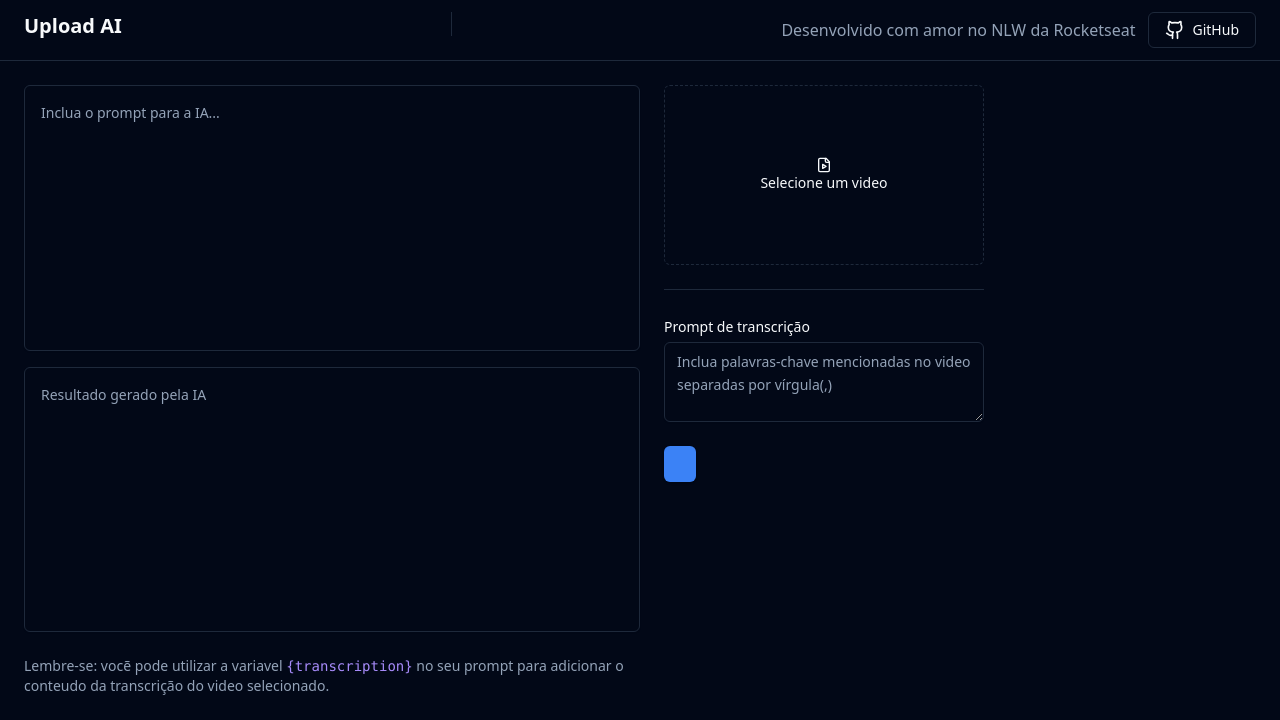
Repository: brksaian/nlw-2023-IA
Page: /
An editor plug-in stored every save of this project. The page is shown before and after the next save, followed by the edit.
The browser window is 1280 px wide. The pictures show the whole page.
The project was rebuilt for these pictures with package versions that can differ from the ones it lists, and the page was loaded fresh each time. Also part of the build but not shown: vite.config.ts.

Above is the page before, as saved 2023-09-12 22:34:40.

### index.html
<!DOCTYPE html>
<html lang="en">
  <head>
    <meta charset="UTF-8" />
    <meta name="viewport" content="width=device-width, initial-scale=1.0" />
    <title>Upload AI</title>
  </head>
  <body>
    <div id="root"></div>
    <script type="module" src="/src/main.tsx"></script>
  </body>
</html>

### src/App.tsx
import { Button } from "./components/ui/button";
import { Github, FileVideo } from "lucide-react";
import { Separator } from "./components/ui/separator";
import { Textarea } from "./components/ui/textarea";
import { Label } from "./components/ui/label";

export function App() {
  return (
    <div className="min-h-screen flex flex-col">
      <div className="px-6 py-3 flex item-center justify-between border-b">
        <h1 className="text-xl font-bold">Upload AI</h1>

        <Separator orientation="vertical" className="h-6" />

        <div className="flex items-center gap-3">
          <span className="text-small text-muted-foreground">
            Desenvolvido com amor no NLW da Rocketseat
          </span>
          <Button variant="outline">
            <Github className="w-5 h-5 mr-2" />
            GitHub
          </Button>
        </div>
      </div>
      <main className="flex-1 p-6 flex gap-6">
        <div className="flex flex-col gap-6 w-1/2">
          <div className="grid grid-rows-2 gap-4 flex-1">
            <Textarea
              placeholder="Inclua o prompt para a IA..."
              className="resize-none p-4 leading-relaxed"
            />
            <Textarea
              placeholder="Resultado gerado pela IA"
              className="resize-none p-4 leading-relaxed"
              readOnly
            />
          </div>
          <p className="text-sm text-muted-foreground">
            Lembre-se: vocẽ pode utilizar a variavel{" "}
            <code className="text-violet-400">{"{transcription}"}</code> no seu
            prompt para adicionar o conteudo da transcrição do video
            selecionado.
          </p>
        </div>
        <aside className="w-80 space-y-6">
          <form className="space-y-6">
            <label
              htmlFor="video"
              className="border flex rounded-md aspect-video cursor-pointer border-dashed text-sm flex-col items-center justify-center texte-muted-foreground hover:bg-primary/5"
            >
              <FileVideo className="w-4 h-4" />
              Selecione um video
            </label>
            <input
              type="file"
              name="video"
              id="video"
              className="sr-only"
              accept="video/mp4"
            />

            <Separator />

            <div className="space-y-1">
              <Label htmlFor="transcription-prompt">
                Prompt de transcrição
              </Label>
              <Textarea
                id="transcription-prompt"
                placeholder="Inclua palavras-chave mencionadas no video separadas por vírgula(,)"
                className="min-h-20 leading-relaxed"
              />
            </div>

            <Button></Button>
          </form>
        </aside>
      </main>
    </div>
  );
}

### src/index.css
@tailwind base;
@tailwind components;
@tailwind utilities;

@layer base {
  :root {
    --background: 222.2 84% 4.9%;
    --foreground: 210 40% 98%;
    --card: 222.2 84% 4.9%;
    --card-foreground: 210 40% 98%;
    --popover: 222.2 84% 4.9%;
    --popover-foreground: 210 40% 98%;
    --primary: 217.2 91.2% 59.8%;
    --primary-foreground: 222.2 47.4% 11.2%;
    --secondary: 217.2 32.6% 17.5%;
    --secondary-foreground: 210 40% 98%;
    --muted: 217.2 32.6% 17.5%;
    --muted-foreground: 215 20.2% 65.1%;
    --accent: 217.2 32.6% 17.5%;
    --accent-foreground: 210 40% 98%;
    --destructive: 0 62.8% 30.6%;
    --destructive-foreground: 210 40% 98%;
    --border: 217.2 32.6% 17.5%;
    --input: 217.2 32.6% 17.5%;
    --ring: 224.3 76.3% 48%;

    --radius: 0.5rem;
  }
}

@layer base {
  * {
    @apply border-border;
  }
  body {
    @apply bg-background text-foreground;
  }
}

### src/components/ui/button.tsx
import * as React from "react"
import { Slot } from "@radix-ui/react-slot"
import { cva, type VariantProps } from "class-variance-authority"

import { cn } from "@/lib/utils"

const buttonVariants = cva(
  "inline-flex items-center justify-center rounded-md text-sm font-medium transition-colors focus-visible:outline-none focus-visible:ring-1 focus-visible:ring-ring disabled:pointer-events-none disabled:opacity-50",
  {
    variants: {
      variant: {
        default:
          "bg-primary text-primary-foreground shadow hover:bg-primary/90",
        destructive:
          "bg-destructive text-destructive-foreground shadow-sm hover:bg-destructive/90",
        outline:
          "border border-input bg-transparent shadow-sm hover:bg-accent hover:text-accent-foreground",
        secondary:
          "bg-secondary text-secondary-foreground shadow-sm hover:bg-secondary/80",
        ghost: "hover:bg-accent hover:text-accent-foreground",
        link: "text-primary underline-offset-4 hover:underline",
      },
      size: {
        default: "h-9 px-4 py-2",
        sm: "h-8 rounded-md px-3 text-xs",
        lg: "h-10 rounded-md px-8",
        icon: "h-9 w-9",
      },
    },
    defaultVariants: {
      variant: "default",
      size: "default",
    },
  }
)

export interface ButtonProps
  extends React.ButtonHTMLAttributes<HTMLButtonElement>,
    VariantProps<typeof buttonVariants> {
  asChild?: boolean
}

const Button = React.forwardRef<HTMLButtonElement, ButtonProps>(
  ({ className, variant, size, asChild = false, ...props }, ref) => {
    const Comp = asChild ? Slot : "button"
    return (
      <Comp
        className={cn(buttonVariants({ variant, size, className }))}
        ref={ref}
        {...props}
      />
    )
  }
)
Button.displayName = "Button"

export { Button, buttonVariants }

### src/components/ui/separator.tsx
import * as React from "react"
import * as SeparatorPrimitive from "@radix-ui/react-separator"

import { cn } from "@/lib/utils"

const Separator = React.forwardRef<
  React.ElementRef<typeof SeparatorPrimitive.Root>,
  React.ComponentPropsWithoutRef<typeof SeparatorPrimitive.Root>
>(
  (
    { className, orientation = "horizontal", decorative = true, ...props },
    ref
  ) => (
    <SeparatorPrimitive.Root
      ref={ref}
      decorative={decorative}
      orientation={orientation}
      className={cn(
        "shrink-0 bg-border",
        orientation === "horizontal" ? "h-[1px] w-full" : "h-full w-[1px]",
        className
      )}
      {...props}
    />
  )
)
Separator.displayName = SeparatorPrimitive.Root.displayName

export { Separator }

### src/components/ui/textarea.tsx
import * as React from "react"

import { cn } from "@/lib/utils"

export interface TextareaProps
  extends React.TextareaHTMLAttributes<HTMLTextAreaElement> {}

const Textarea = React.forwardRef<HTMLTextAreaElement, TextareaProps>(
  ({ className, ...props }, ref) => {
    return (
      <textarea
        className={cn(
          "flex min-h-[60px] w-full rounded-md border border-input bg-transparent px-3 py-2 text-sm shadow-sm placeholder:text-muted-foreground focus-visible:outline-none focus-visible:ring-1 focus-visible:ring-ring disabled:cursor-not-allowed disabled:opacity-50",
          className
        )}
        ref={ref}
        {...props}
      />
    )
  }
)
Textarea.displayName = "Textarea"

export { Textarea }

### src/components/ui/label.tsx
import * as React from "react"
import * as LabelPrimitive from "@radix-ui/react-label"
import { cva, type VariantProps } from "class-variance-authority"

import { cn } from "@/lib/utils"

const labelVariants = cva(
  "text-sm font-medium leading-none peer-disabled:cursor-not-allowed peer-disabled:opacity-70"
)

const Label = React.forwardRef<
  React.ElementRef<typeof LabelPrimitive.Root>,
  React.ComponentPropsWithoutRef<typeof LabelPrimitive.Root> &
    VariantProps<typeof labelVariants>
>(({ className, ...props }, ref) => (
  <LabelPrimitive.Root
    ref={ref}
    className={cn(labelVariants(), className)}
    {...props}
  />
))
Label.displayName = LabelPrimitive.Root.displayName

export { Label }

Loaded but not shown: src/main.tsx (common file); src/lib/utils.ts (common file); tailwind.config.js (common file)

After the next save:
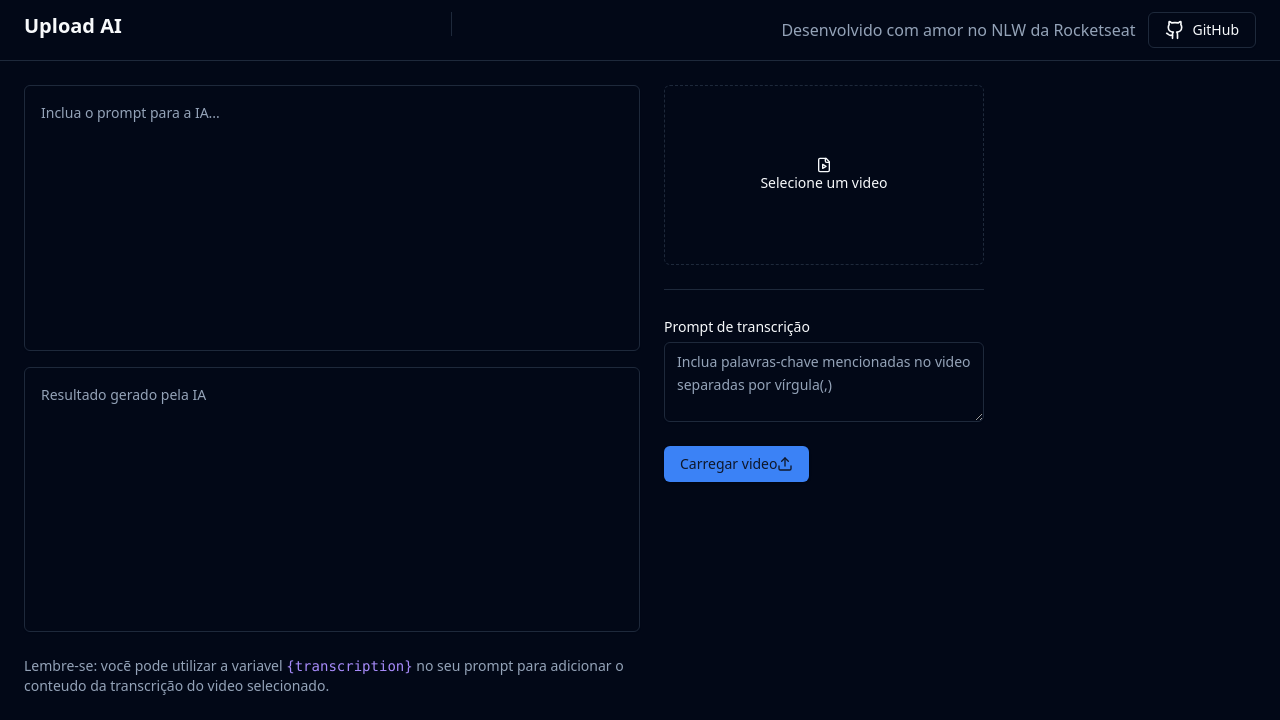
Saved 50 s later.
--- a/src/App.tsx
+++ b/src/App.tsx
@@ -1,5 +1,5 @@
 import { Button } from "./components/ui/button";
-import { Github, FileVideo } from "lucide-react";
+import { Github, FileVideo, Upload } from "lucide-react";
 import { Separator } from "./components/ui/separator";
 import { Textarea } from "./components/ui/textarea";
 import { Label } from "./components/ui/label";
@@ -72,7 +72,10 @@ export function App() {
               />
             </div>
 
-            <Button></Button>
+            <Button>
+              Carregar video
+              <Upload className="w-4 h-4" />
+            </Button>
           </form>
         </aside>
       </main>
